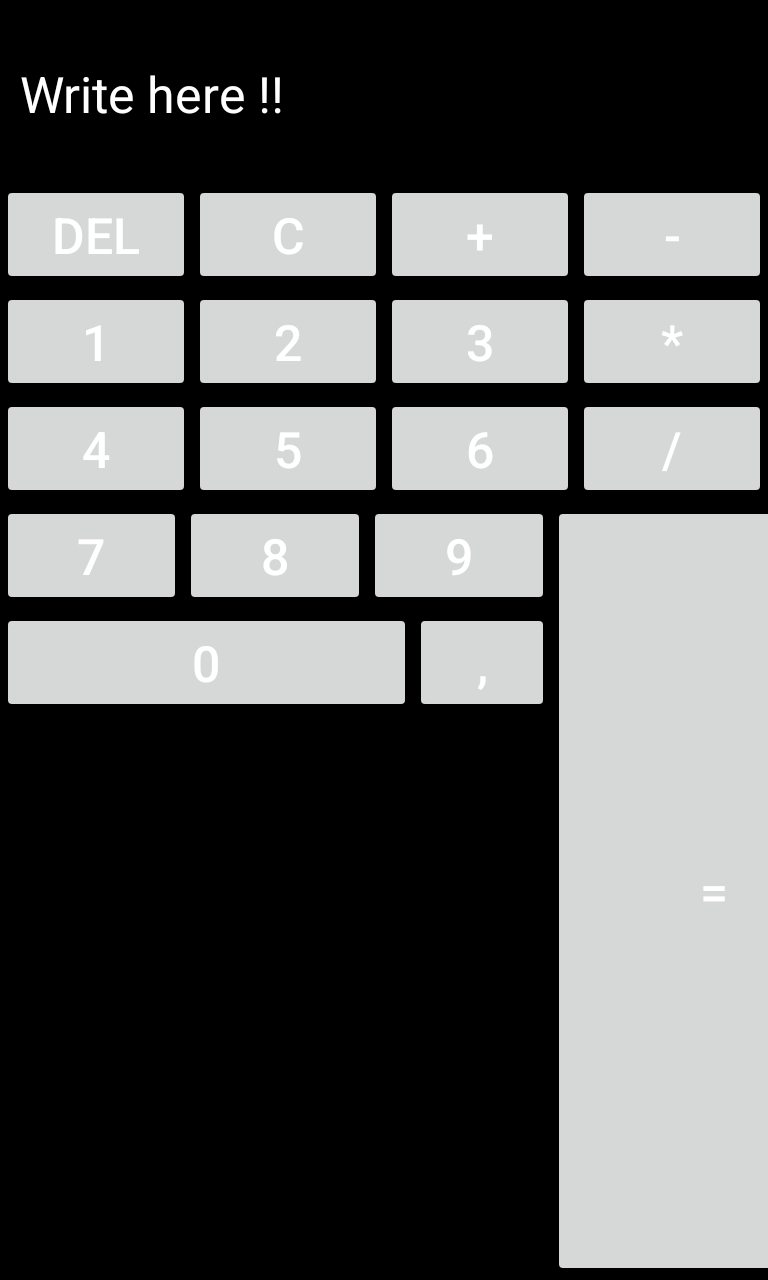
Repository: salihklc/Basic-Android
Layout: complexCalculator/res/layout/activity_main.xml
These files come from the project's save history. The layout is drawn as it stood at one moment and after the next save; the edit follows.
It is drawn on a 768 x 1280 px phone screen (xhdpi) without system bars, with theme AppTheme; the app's code is not run.

Above is the layout before, as saved 2014-10-10 14:04:44.

### complexCalculator/res/layout/activity_main.xml
<LinearLayout xmlns:android="http://schemas.android.com/apk/res/android"
    xmlns:android1="http://schemas.android.com/apk/res/android"
    android:layout_width="match_parent"
    android:layout_height="match_parent"
    android:background="#000"
    android:orientation="vertical" >

<EditText
    android:layout_marginTop="20dp"
    android:layout_marginBottom="20dp"
    android:id="@+id/display"
    android:layout_width="match_parent"
    android:layout_height="wrap_content"
    android:hint=" Write here !!"
    android:textSize="25sp"
    android:textColor="#fff"
    android:textColorHint="#fff"
    />

	<LinearLayout
	    android:layout_width="match_parent"
	    android:layout_height="wrap_content"
	    android:weightSum="100"
	    android1:orientation="horizontal" >

	    <Button
	        android:layout_weight="25"
	        android:id="@+id/DEL"
	        android:layout_height="fill_parent"
	        android:text="@string/DEL"
	        android:textColor="#fff"
	        android:textSize="25sp"
	        />
	    <Button
	        android:layout_weight="25"
	        android:id="@+id/C"
	        android:layout_height="fill_parent"
	        android:text="@string/C"
	        android:textColor="#fff"
	        android:textSize="25sp"
	        />
	    <Button
	        android:layout_weight="25"
	        android:id="@+id/add"
	        android:layout_height="fill_parent"
	        android:text="@string/add"
	        android:textColor="#fff"
	        android:textSize="25sp"
	        />
	    <Button
	        android:layout_weight="25"
	        android:id="@+id/minus"
	        android:layout_height="fill_parent"
	        android:text="@string/minus"
	        android:textColor="#fff"
	        android:textSize="25sp"
	        />

	</LinearLayout>

	<LinearLayout
	    android:layout_width="match_parent"
	    android:layout_height="wrap_content"
	    android:weightSum="100"
	    android1:orientation="horizontal" >

	    <Button
	        android:layout_weight="25"
	        android:id="@+id/one"
	        android:layout_height="fill_parent"
	        android:text="@string/one"
	        android:textColor="#fff"
	        android:textSize="25sp"
	        />
	    <Button
	        android:layout_weight="25"
	        android:id="@+id/two"
	        android:layout_height="fill_parent"
	        android:text="@string/two"
	        android:textColor="#fff"
	        android:textSize="25sp"
	        />
	    <Button
	        android:layout_weight="25"
	        android:id="@+id/three"
	        android:layout_height="fill_parent"
	        android:text="@string/three"
	        android:textColor="#fff"
	        android:textSize="25sp"
	        />
	    <Button
	        android:layout_weight="25"
	        android:id="@+id/mult"
	        android:layout_height="fill_parent"
	        android:text="@string/mult"
	        android:textColor="#fff"
	        android:textSize="25sp"
	        />

	</LinearLayout>

	<LinearLayout
	    android:layout_width="match_parent"
	    android:layout_height="wrap_content"
	    android:weightSum="100"
	    android1:baselineAligned="false"
	    android1:orientation="horizontal" >

	    <Button
	        android:layout_weight="25"
	        android:id="@+id/four"
	        android:layout_height="fill_parent"
	        android:text="@string/four"
	        android:textColor="#fff"
	        android:textSize="25sp"
	        />
	    <Button
	        android:layout_weight="25"
	        android:id="@+id/five"
	        android:layout_height="fill_parent"
	        android:text="@string/five"
	        android:textColor="#fff"
	        android:textSize="25sp"
	        />
	    <Button
	        android:layout_weight="25"
	        android:id="@+id/six"
	        android:layout_height="fill_parent"
	        android:text="@string/six"
	        android:textColor="#fff"
	        android:textSize="25sp"
	        />
	    <Button
	        android:layout_weight="25"
	        android:id="@+id/div"
	        android:layout_height="fill_parent"
	        android:text="@string/div"
	        android:textColor="#fff"
	        android:textSize="25sp"
	        />

	</LinearLayout>

	<LinearLayout
	    android:layout_width="match_parent"
	    android:layout_height="match_parent"
	    android:baselineAligned="false"
	    android:orientation="horizontal"
	    android:weightSum="100" >

		<LinearLayout
		    android:layout_height="fill_parent"
		    android:layout_weight="93.21"
		    android:orientation="vertical" >

		<LinearLayout
		    android:layout_width="match_parent"
		    android:layout_height="wrap_content"
		    android:orientation="horizontal"
		    android:weightSum="99" >

		    <Button
		        android:layout_weight="33"
		        android:id="@+id/seven"
		        android:layout_height="fill_parent"
		        android:text="@string/seven"
		        android:textColor="#fff"
		        android:textSize="25sp"
		        />
		    <Button
		        android:layout_weight="33"
		        android:id="@+id/eight"
		        android:layout_height="fill_parent"
		        android:text="@string/eight"
		        android:textColor="#fff"
		        android:textSize="25sp"
		        />
		    <Button
		        android:layout_weight="33"
		        android:id="@+id/nine"
		        android:layout_height="fill_parent"
		        android:text="@string/nine"
		        android:textColor="#fff"
		        android:textSize="25sp"
		        />


		</LinearLayout>

		<LinearLayout
		    android:layout_width="match_parent"
		    android:layout_height="wrap_content"
		    android:orientation="horizontal"
		    android:weightSum="100" >

			<Button
			    android1:id="@+id/zero"
			    android1:layout_height="fill_parent"
			    android1:layout_weight="75"
			    android1:text="@string/zero"
			    android1:textColor="#fff"
			    android1:textSize="25sp" />

			<Button
			    android1:id="@+id/dot"
			    android1:layout_width="0dp"
			    android1:layout_height="fill_parent"
			    android1:layout_weight="25"
			    android1:text="@string/dot"
			    android1:textColor="#fff"
			    android1:textSize="25sp" />

		</LinearLayout>

	</LinearLayout>

		<LinearLayout
		    android1:layout_width="wrap_content"
		    android1:layout_height="match_parent"
		    android:layout_gravity="right"
		    android:layout_weight="25"
		    android1:orientation="horizontal" >

			<Button
			    android1:id="@+id/equ"
			    android1:layout_width="match_parent"
			    android1:layout_height="fill_parent"
			    android1:text="@string/equ"
			    android1:textColor="#fff"
			    android1:textSize="25sp" />

		</LinearLayout>

	</LinearLayout>

</LinearLayout>

### complexCalculator/res/values/strings.xml
<?xml version="1.0" encoding="utf-8"?>
<resources>

    <string name="app_name">complexCalculator</string>
    <string name="hello_world">Hello world!</string>
    <string name="action_settings">Settings</string>
    <string name="one">1</string>
	<string name="two">2</string>
	<string name="three">3</string>
	<string name="add">+</string>
	<string name="four">4</string>
	<string name="five">5</string>
	<string name="six">6</string>
	<string name="minus">-</string>
	<string name="seven">7</string>
	<string name="eight">8</string>
	<string name="nine">9</string>
	<string name="mult">*</string>
	<string name="zero">0</string>
	<string name="equ">=</string>
	<string name="div">/</string>
	<string name="dot">,</string>
	<string name="DEL">DEL</string>
	<string name="C">C</string>
</resources>

Loaded but not shown: complexCalculator/res/values/styles.xml (common file); complexCalculator/res/values-v11/styles.xml (common file); complexCalculator/res/values-v14/styles.xml (common file)

After the next save:
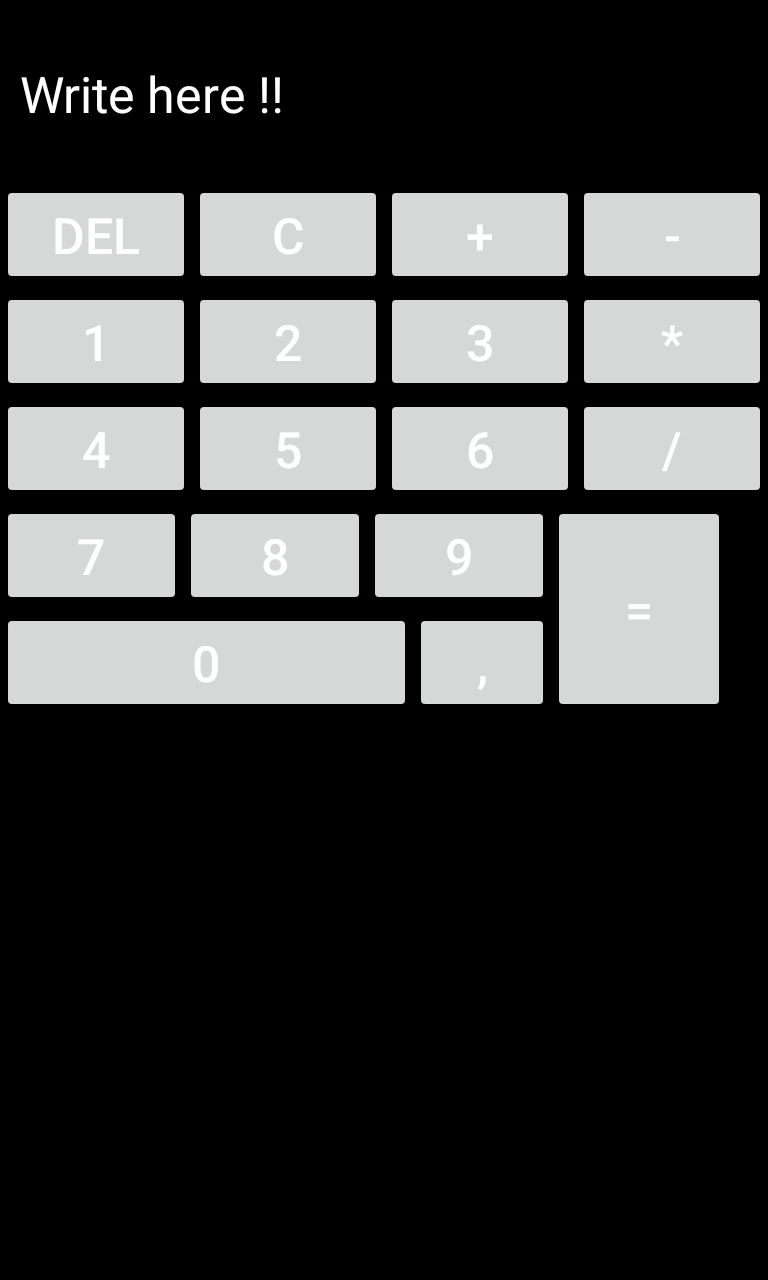
Saved 47 s later.
--- a/complexCalculator/res/layout/activity_main.xml
+++ b/complexCalculator/res/layout/activity_main.xml
@@ -143,7 +143,7 @@
 
 	<LinearLayout
 	    android:layout_width="match_parent"
-	    android:layout_height="match_parent"
+	    android:layout_height="wrap_content"
 	    android:baselineAligned="false"
 	    android:orientation="horizontal"
 	    android:weightSum="100" >
@@ -221,14 +221,13 @@
 		    android:layout_weight="25"
 		    android1:orientation="horizontal" >
 
-			<Button
-			    android1:id="@+id/equ"
-			    android1:layout_width="match_parent"
-			    android1:layout_height="fill_parent"
-			    android1:text="@string/equ"
-			    android1:textColor="#fff"
-			    android1:textSize="25sp" />
-
+		    <Button
+		        android1:id="@+id/equ"
+		        android1:layout_width="wrap_content"
+		        android1:layout_height="fill_parent"
+		        android1:text="@string/equ"
+		        android1:textColor="#fff"
+		        android1:textSize="25sp" />
 		</LinearLayout>
 
 	</LinearLayout>
